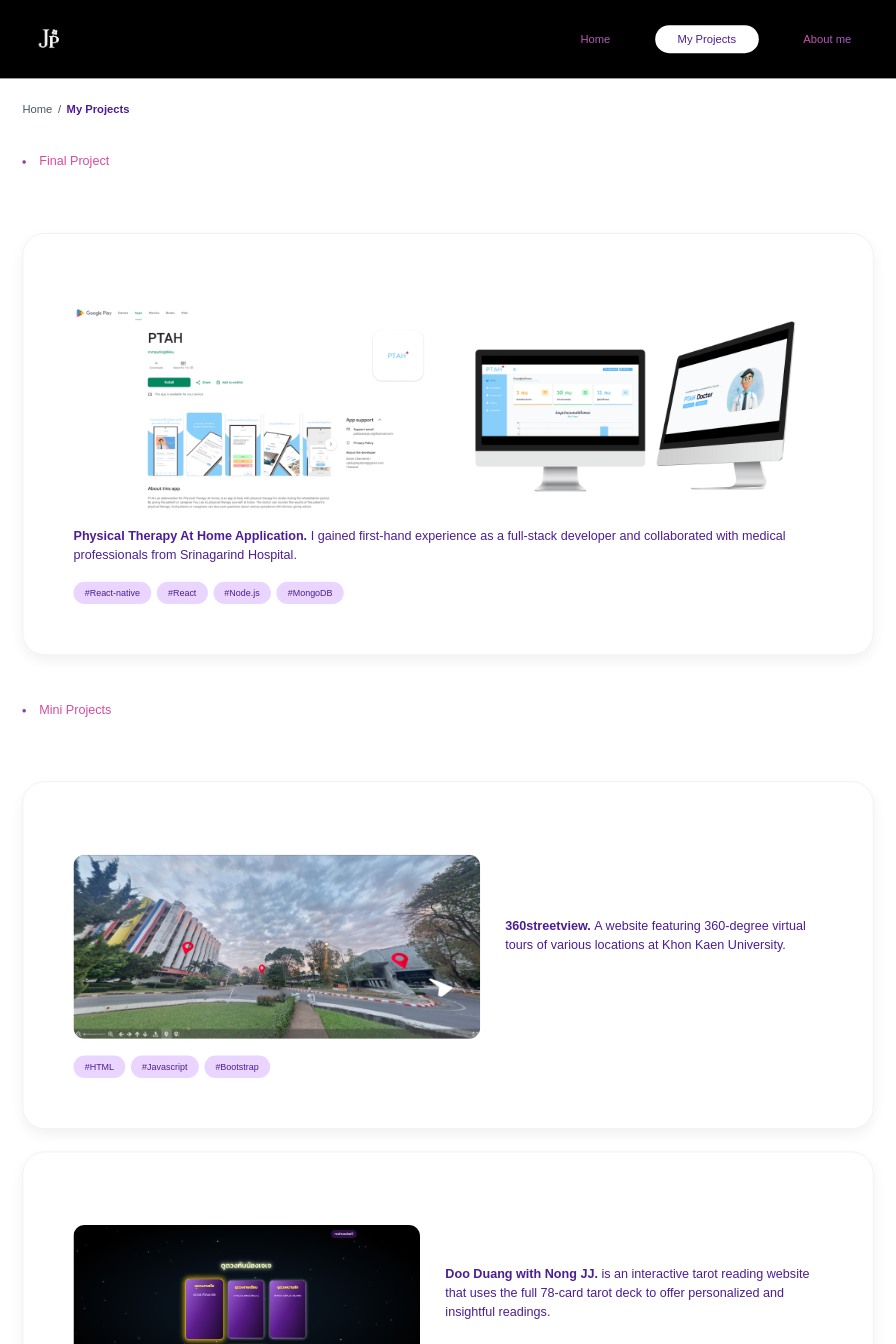
Repository: PattarasayaJJ/Portfolio-jjpatts
Page: /works
These files come from the project's save history. The page is drawn as it stood at one moment and after the next save; the edit follows.
The browser window is 1280 px wide. The pictures show the part of the page from y = 0 to 1920 px (the page is 4650 px tall before and 3620 px after), at 70% of full size.
The project was rebuilt for these pictures with package versions that can differ from the ones it lists, and the page was loaded fresh each time. Also part of the build but not shown: vite.config.js, vite.config.ts, src/header.css, src/components/Hero.jsx, src/components/Aboutme.tsx.

Above is the page before, as saved 2025-08-01 00:07:59.

After the next save:
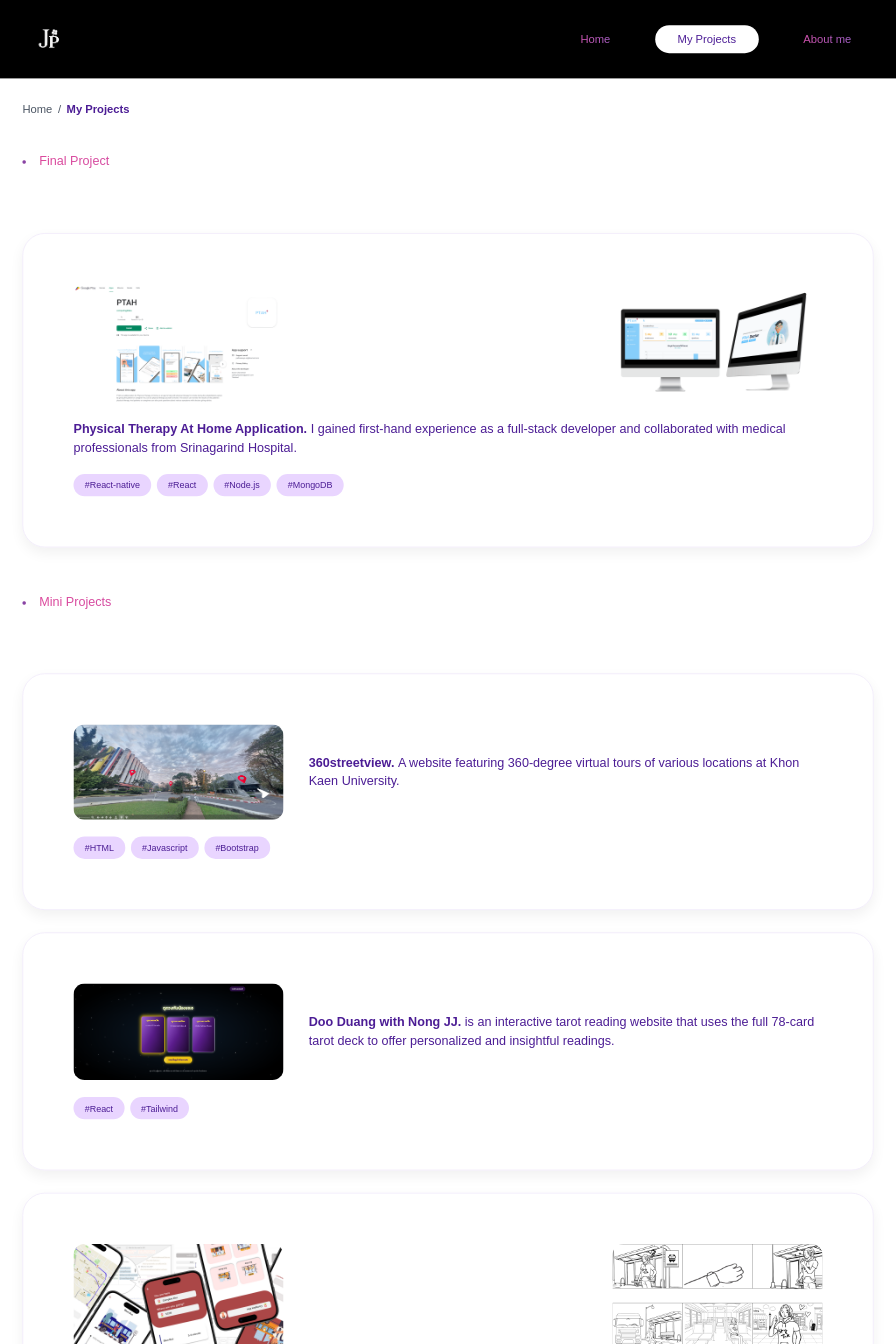
Saved 2 min 55 s later.
--- a/src/projects.css
+++ b/src/projects.css
@@ -60,19 +60,19 @@
   color: #9067D3;
 }
 
-.project-image,
-.final-project-image,
+.final-project-image {
+  flex-shrink: 0;
+  width: 300px; /* หรือเท่าที่เหมาะสม */
+  max-width: 300px;
+}
+
 .project-screenshot {
   width: 100%;
-  max-width: 800px;
   height: auto;
   border-radius: 1rem;
   object-fit: cover;
-  display: flex;
-  align-items: center;
-  justify-content: center;
-  margin-top: 1rem;
 }
+
 
 .moreproject {
   width: fit-content;
